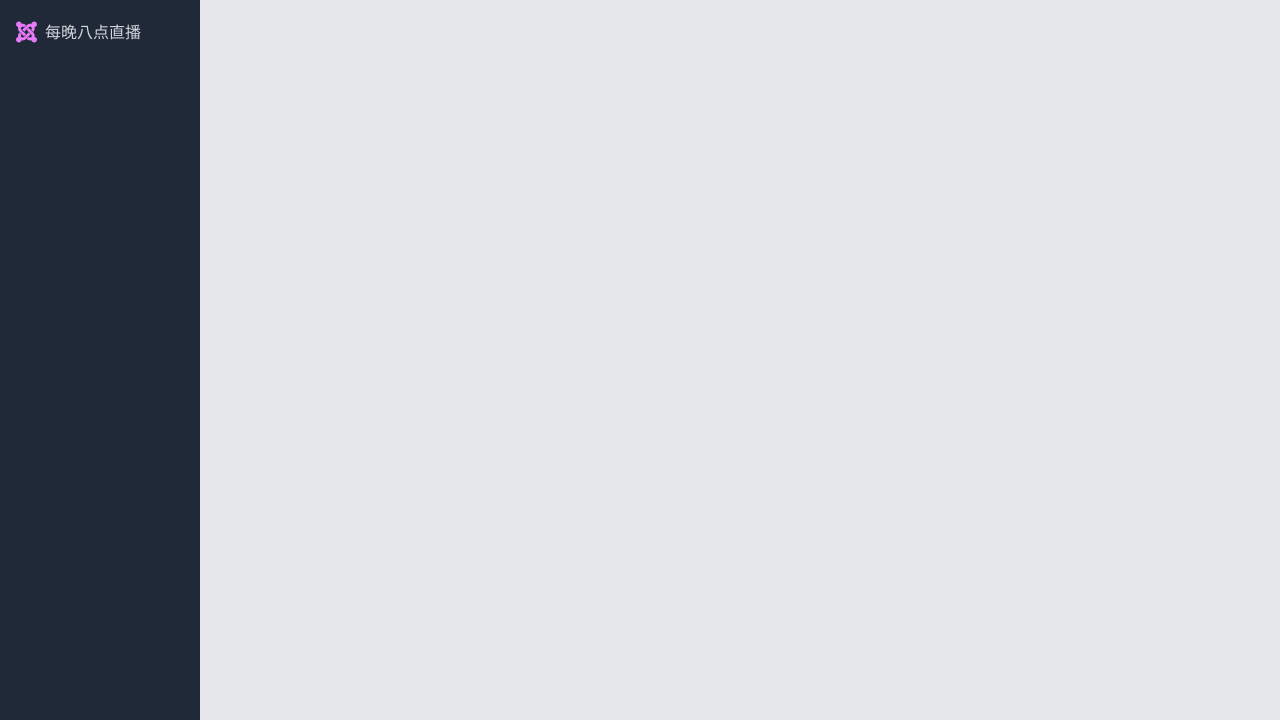
Repository: liangyingbo/vite-vue-TS
Page: /#/admin/home
An editor plug-in stored every save of this project. The page is shown before and after the next save, followed by the edit.
The browser window is 1280 px wide. The pictures show the whole page.
The project was rebuilt for these pictures with package versions that can differ from the ones it lists, and the page was loaded fresh each time. Also part of the build but not shown: vite.config.ts, src/components/form/HdButton.vue, src/components/form/HdInput.vue, src/components/form/hdLink.vue, src/styles/global.scss.

Above is the page before, as saved 2022-11-18 19:51:22.

### index.html
<!DOCTYPE html>
<html lang="en">
  <head>
    <meta charset="UTF-8" />
    <link rel="icon" type="image/svg+xml" href="/vite.svg" />
    <meta name="viewport" content="width=device-width, initial-scale=1.0" />
    <link href="https://cdn.bootcdn.net/ajax/libs/font-awesome/6.2.0/css/all.css" rel="stylesheet">
    <title>Vite + Vue + TS</title>
  </head>
  <body>
    <div id="app"></div>
    <script type="module" src="/src/main.ts"></script>
  </body>
</html>

### src/main.ts
import { createApp } from 'vue'
import router, { setupRouter } from '@/router'
import { setupPlugins } from '@/plugins'
import '@/styles/global.scss'
import App from './App.vue'

async function bootstrap() {
    const app = createApp(App)
    setupRouter(app)
    setupPlugins(app)
    await router.isReady()
    app.mount('#app')
}
bootstrap()

### src/router/index.ts
import { App } from 'vue';
import { createRouter, createWebHashHistory } from 'vue-router'
import routes from './routes';
import layoutRoutes from './autoLoad';
import guard from './guard';
const router = createRouter({
    history: createWebHashHistory(),
    routes : [...routes,...layoutRoutes]
})
export function setupRouter(app:App){

    guard(router)
    app.use(router)
}

export default router;

### src/plugins/index.ts
import { App } from "vue";
import { setupTailWindCssPlugin } from "./tailwindcss";

export function setupPlugins(app: App) {
    autoRegisterComponent(app)

    setupTailWindCssPlugin()
}



function autoRegisterComponent(app: App) {
    const components = import.meta.glob('../components/form/*.vue', { eager: true })
    console.log(components)
    Object.keys(components).forEach(key => {
        const name = key.split('/').pop()?.split('.')[0] as string

        app.component(name, components[key].default)
    })
}

### src/App.vue
<script setup lang="ts">

// import {info} from '@/apis/userApi'

//const response =  info()
// console.log(response.then(res=>res.data.age))
// console.log()

 </script>

 <template>

    <router-view ></router-view>
 </template>

<style scoped>
</style>

### src/router/routes.ts
import { RouteRecordRaw } from "vue-router"
 const routes = [
    {
        path:'/home',
        name:'home',
        component:() => import("@/views/home.vue"),
    }
]  as  RouteRecordRaw[]

export default routes

### src/router/autoLoad.ts
import { RouteRecordRaw } from "vue-router";


const layout = import.meta.glob('../layouts/*.vue')
const children = import.meta.glob('../views/**/*.vue')
function getRoutes() {
    const layoutRoutes = [] as RouteRecordRaw[]
    Object.entries(layout).forEach(([file, module]) => {
        const route = getRouteByModule(file, module)
        route.children = getChildrenRoutes(route)
        layoutRoutes.push(route)
    })
    return layoutRoutes
}


// 根据布局路由匹配子路由
function getChildrenRoutes(layoutRoute: RouteRecordRaw) {
    const routes = [] as RouteRecordRaw[]
    Object.entries(children).forEach(([file, module]) => {
        if (file.includes(`../views/${layoutRoute.name as string}`)) {
            const route = getRouteByModule(file, module)
            routes.push(route)
        }
    })
    return routes
}

function getRouteByModule(file: string, module: () => Promise<unknown>) {
    const name = file.replace(/.+layouts\/|.+views\/|\.vue/gi, '')
    const route = {
        name: name.replace('/', '.'),
        path: `/${name}`,
        component: module
    } as RouteRecordRaw

    return route
}
export default getRoutes()

### src/router/guard.ts
 import { RouteLocationNormalized, Router } from "vue-router"


class Guard {
    constructor(private router: Router) { }

    public run() {
          this.router.beforeEach((to,from) =>{
            console.log(to)
             if(!this.isLogin(to)) return {name:'auth.login'}


          })
    }

    private isLogin(route:RouteLocationNormalized){
        // console.log(route.meta)
        console.log(route.meta)
        return true
    }
}

export default (router: Router) => {
    new Guard(router).run()
}

### src/plugins/tailwindcss/index.ts
import './tailwindcss.css'

export function setupTailWindCssPlugin(){

}

### src/layouts/admin.vue
<template>
    <div>
         <router-view></router-view>
    </div>
</template>
<script lang="ts" setup>
import routes from "@/router/routes";


</script>

<script lang="ts">
export default {
    route:{meta:{auth:true}}
}
</script>

<style lang="scss" scoped>

</style>

### src/views/admin/home.vue
<template>
    <div class=" admin w-screen h-screen flex ">
        <div class="w-[200px] py-2 bg-gray-800">
             <div class="text-white  flex items-center py-2 px-4">
                <i class="fab fa-joomla text-2xl text-fuchsia-400 mr-2"></i>
                <span class="text-base text-gray-300">每晚八点直播</span>
             </div>
             <div class="left-container">

             </div>
        </div>
        <div class="bg-gray-200 flex-1">
            <router-view></router-view>
        </div>
    </div>
</template>

<script lang="ts" setup></script>

<style lang="scss" scoped>

</style>

Loaded but not shown: src/plugins/tailwindcss/tailwindcss.css (common file); tailwind.config.cjs (common file)

After the next save:
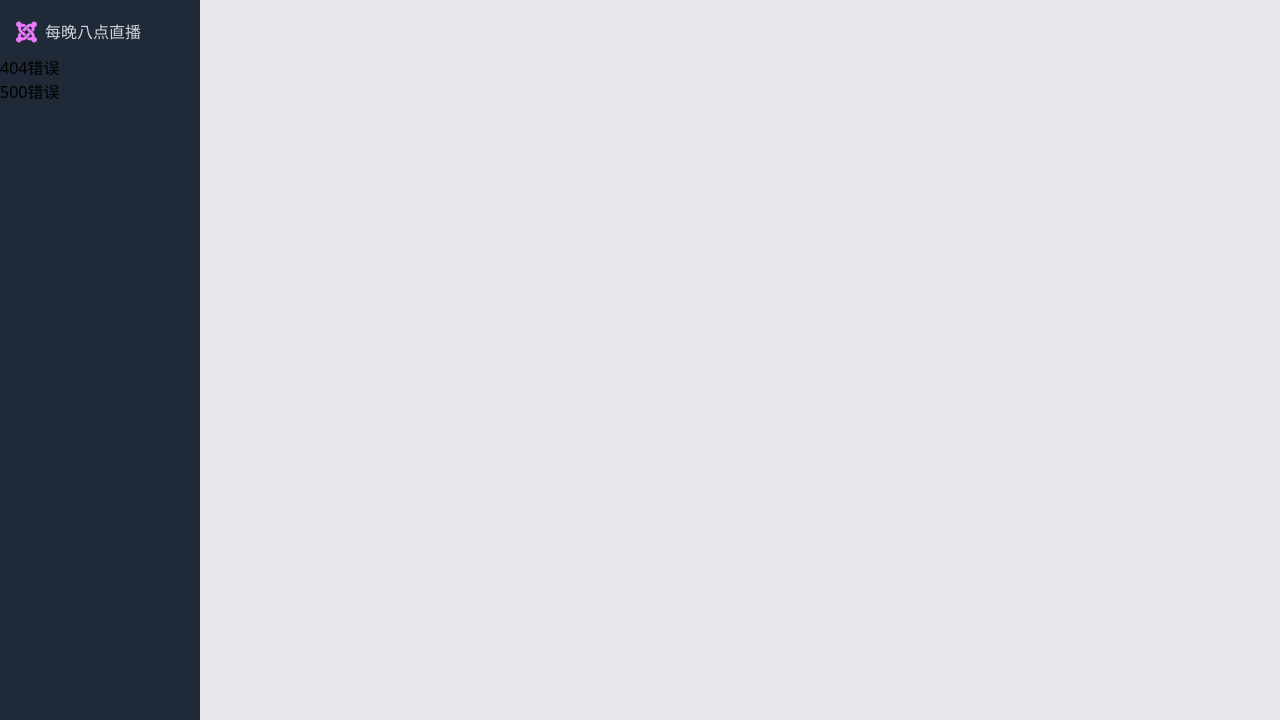
Saved 41 s later.
--- a/src/views/admin/home.vue
+++ b/src/views/admin/home.vue
@@ -6,7 +6,12 @@
                 <span class="text-base text-gray-300">每晚八点直播</span>
              </div>
              <div class="left-container">
-
+                <dt>
+                    <dl>
+                        <dd>404错误</dd>
+                        <dd>500错误</dd>
+                    </dl>
+                </dt>
              </div>
         </div>
         <div class="bg-gray-200 flex-1">
